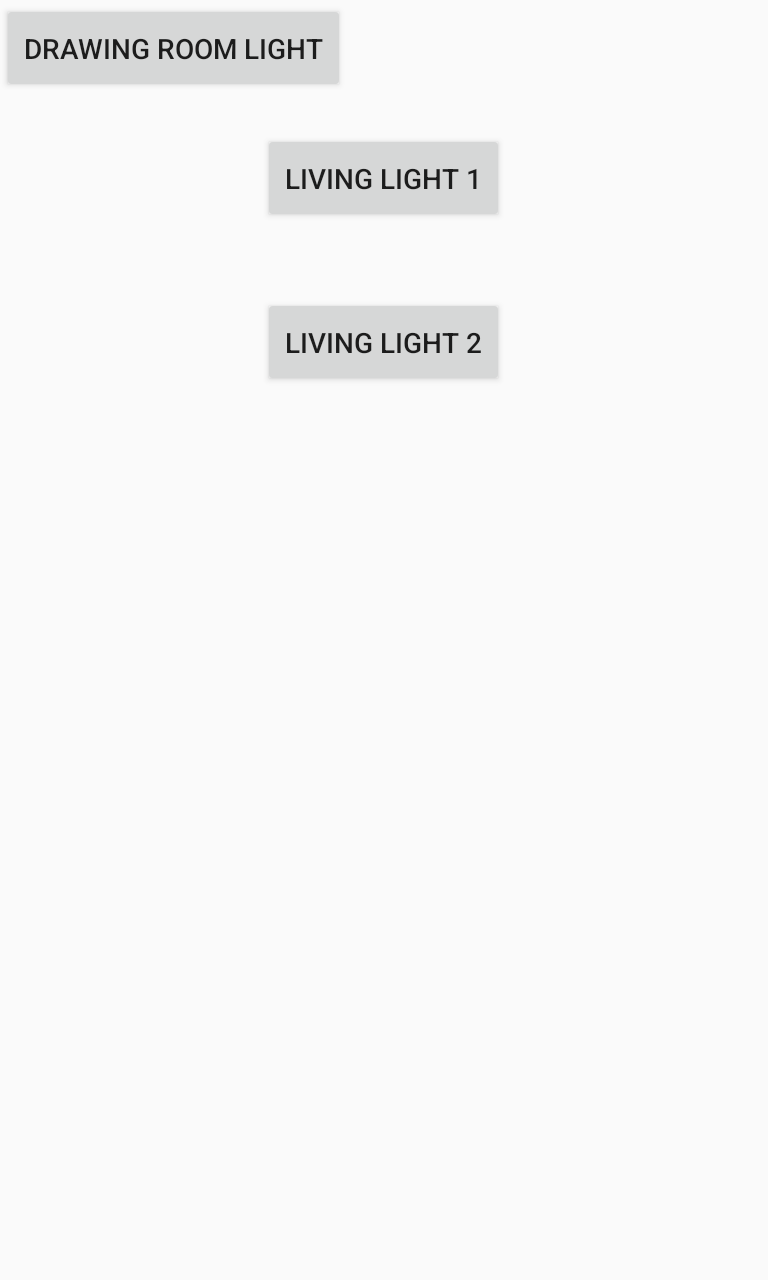
Repository: LogInc/oscar_app
Layout: Android/Oscar/res/layout/activity_rooms.xml
The author's editor kept a copy of each file at every save. The layout is drawn from the files as they stood at one save, then again after the next save.
It is drawn on a 768 x 1280 px phone screen (xhdpi) without system bars, with theme AppTheme; the app's code is not run.

Above is the layout before, as saved 2015-03-05 11:56:23.

After the next save:
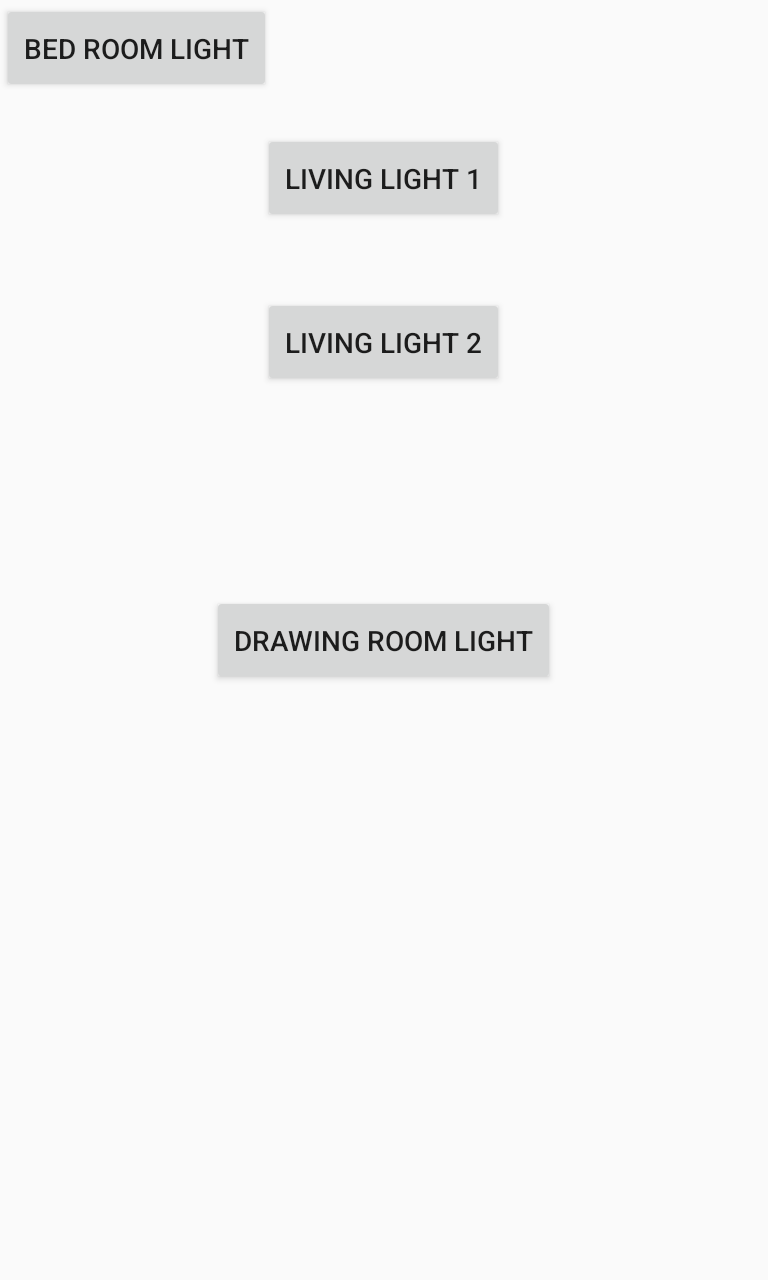
Saved 44 s later.
--- a/Android/Oscar/res/layout/activity_rooms.xml
+++ b/Android/Oscar/res/layout/activity_rooms.xml
@@ -22,9 +22,17 @@
          android:text="Living Light 2" />
 
      <Button
-        android:id="@+id/DrawingRoom"
+         android:id="@+id/DrawingRoom"
+         android:layout_width="wrap_content"
+         android:layout_height="wrap_content"
+         android:layout_centerHorizontal="true"
+         android:layout_centerVertical="true"
+         android:text="Drawing Room Light" />
+
+     <Button
+        android:id="@+id/BedRoom"
         android:layout_width="wrap_content"
         android:layout_height="wrap_content"
-        android:text="Drawing Room Light" />
+        android:text="Bed Room Light" />
 
 </RelativeLayout>
